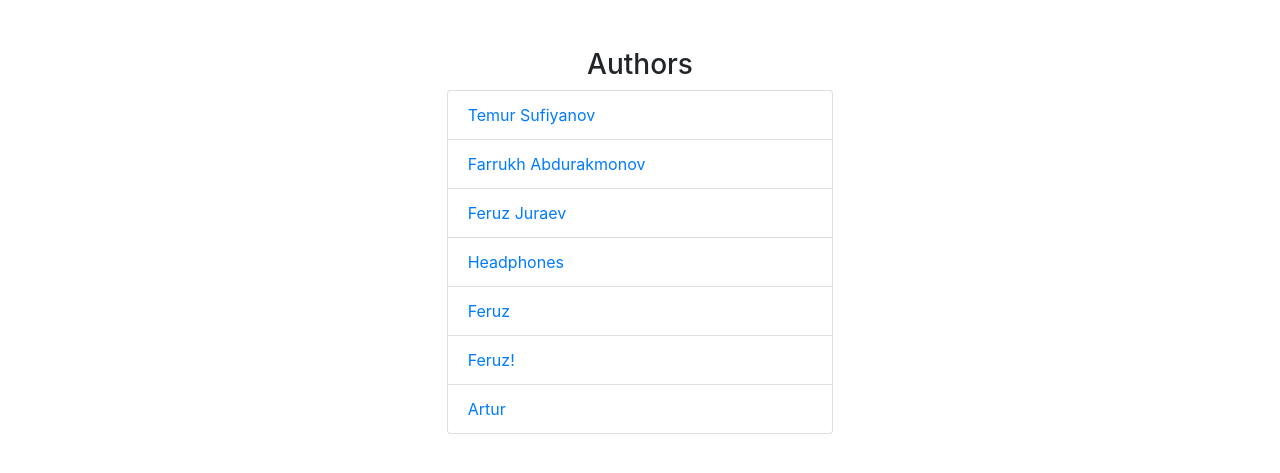
Repository: Temur-Sufiyanov/CBV
Page: http://localhost/author/
An editor plug-in stored every save of this project. The page is shown before and after the next save, followed by the edit.
The browser window is 1280 px wide. The pictures show the whole page.
The page is served by the project's application, run on Django 5.2 (manage.py). The page reads the database file committed with the project.

Above is the page before, as saved 2024-12-19 16:21:59.

After the next save:
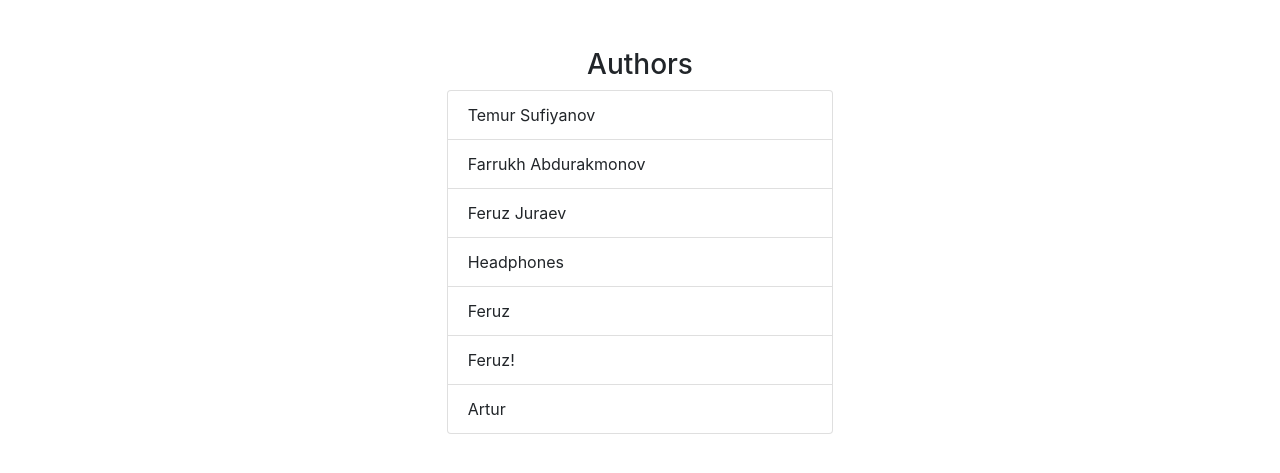
Saved 2 min 43 s later.
--- a/new_books/templates/new_books/author_list.html
+++ b/new_books/templates/new_books/author_list.html
@@ -11,7 +11,7 @@
         <ul class="list-group">
         {% for author in authors  %}
             <li class="list-group-item">
-                <a href="">{{author.name}}</a>
+                <a href="" class="text-reset">{{author.name}}</a>
             </li>
         {% endfor %}
         </ul>
